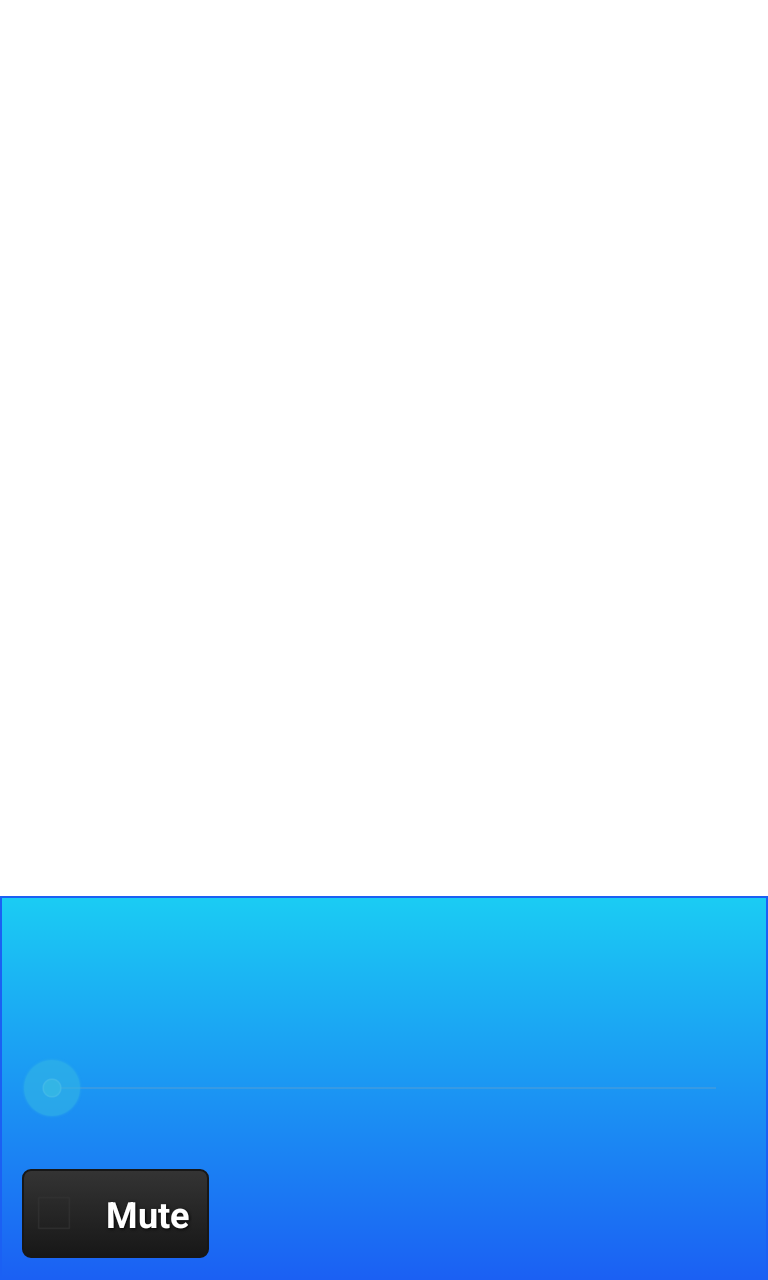
Repository: yuanpeixin/Project
Layout: GameForum/res/layout/setting.xml
An editor plug-in stored every save of this project. The layout is shown before and after the next save, followed by the edit.
It is drawn on a 768 x 1280 px phone screen (xhdpi) without system bars, with theme AppTheme; the app's code is not run.

Above is the layout before, as saved 2015-10-07 06:51:15.

### GameForum/res/layout/setting.xml
<?xml version="1.0" encoding="utf-8"?>
<LinearLayout xmlns:android="http://schemas.android.com/apk/res/android"
    android:layout_width="match_parent"
    android:layout_height="match_parent"
    android:orientation="vertical"
    android:weightSum="10" >

    <LinearLayout
        android:layout_width="match_parent"
        android:layout_height="match_parent"
        android:layout_weight="3" >
    </LinearLayout>

    <RelativeLayout
        android:layout_width="match_parent"
        android:layout_height="match_parent"
        android:layout_weight="7"
        android:background="@drawable/blue_gradient" >

        <SeekBar
            android:id="@+id/seekBar1"
            android:layout_width="match_parent"
            android:layout_height="wrap_content"
            android:layout_alignParentLeft="true"
            android:layout_centerVertical="true" />

        <CheckBox
            android:id="@+id/checkBox1"
            android:layout_width="wrap_content"
            android:layout_height="wrap_content"
            android:layout_alignParentBottom="true"
            android:layout_alignParentLeft="true"
            android:background="@drawable/black_button"
            style="@style/WhiteText"
            android:text="Mute" />

    </RelativeLayout>

</LinearLayout>

### GameForum/res/values/styles.xml
<resources>

    <!--
        Base application theme, dependent on API level. This theme is replaced
        by AppBaseTheme from res/values-vXX/styles.xml on newer devices.

    -->
    <style name="AppBaseTheme" parent="android:Theme.Light">
        <!--
            Theme customizations available in newer API levels can go in
            res/values-vXX/styles.xml, while customizations related to
            backward-compatibility can go here.

        -->
    </style>

    <!-- Application theme. -->
    <style name="AppTheme" parent="AppBaseTheme">
        <!-- All customizations that are NOT specific to a particular API-level can go here. -->
    </style>

    <style name="WhiteText">
        <item name="android:layout_width">fill_parent</item>
        <item name="android:layout_height">wrap_content</item>
        <item name="android:textColor">#ffffff</item>
        <item name="android:gravity">center</item>
        <item name="android:layout_margin">1dp</item>
        <item name="android:textSize">18sp</item>
        <item name="android:textStyle">bold</item>
        <item name="android:shadowColor">#000000</item>
        <item name="android:shadowDx">1</item>
        <item name="android:shadowDy">1</item>
        <item name="android:shadowRadius">2</item>
    </style>

    <style name="BlackText">
        <item name="android:layout_width">fill_parent</item>
        <item name="android:layout_height">wrap_content</item>
        <item name="android:textColor">#000000</item>
        <item name="android:gravity">center</item>
        <item name="android:layout_margin">5dp</item>
        <item name="android:textSize">25sp</item>
        <item name="android:textStyle">bold</item>
        <item name="android:shadowColor">#ffffff</item>
        <item name="android:shadowDx">1</item>
        <item name="android:shadowDy">1</item>
        <item name="android:shadowRadius">2</item>
    </style>



</resources>

### GameForum/res/drawable-hdpi/blue_gradient.xml
<?xml version="1.0" encoding="utf-8"?>
<selector xmlns:android="http://schemas.android.com/apk/res/android">

    <item android:state_pressed="true"><shape>
            <solid android:color="#1bccf3" />

            <stroke android:width="1dp" android:color="#1b60f3" />

            <padding android:bottom="10dp" android:left="10dp" android:right="10dp" android:top="10dp" />
        </shape></item>
    <item><shape>
            <gradient android:angle="270" android:endColor="#1b60f3" android:startColor="#1bccf3" />

            <stroke android:width="1dp" android:color="#1b60f3" />

            <padding android:bottom="10dp" android:left="10dp" android:right="10dp" android:top="10dp" />
        </shape></item>

</selector>

### GameForum/res/drawable-hdpi/black_button.xml
<?xml version="1.0" encoding="utf-8"?>
<selector xmlns:android="http://schemas.android.com/apk/res/android">

    <item android:state_pressed="true"><shape>
            <solid android:color="#343434" />

            <stroke android:width="1dp" android:color="#171717" />

            <corners android:radius="3dp" />

            <padding android:bottom="10dp" android:left="10dp" android:right="10dp" android:top="10dp" />
        </shape></item>
    <item><shape>
            <gradient android:angle="270" android:endColor="#171717" android:startColor="#343434" />

            <stroke android:width="1dp" android:color="#171717" />

            <corners android:radius="4dp" />

            <padding android:bottom="10dp" android:left="10dp" android:right="10dp" android:top="10dp" />
        </shape></item>

</selector>

Loaded but not shown: GameForum/res/values-v11/styles.xml (common file); GameForum/res/values-v14/styles.xml (common file)

After the next save:
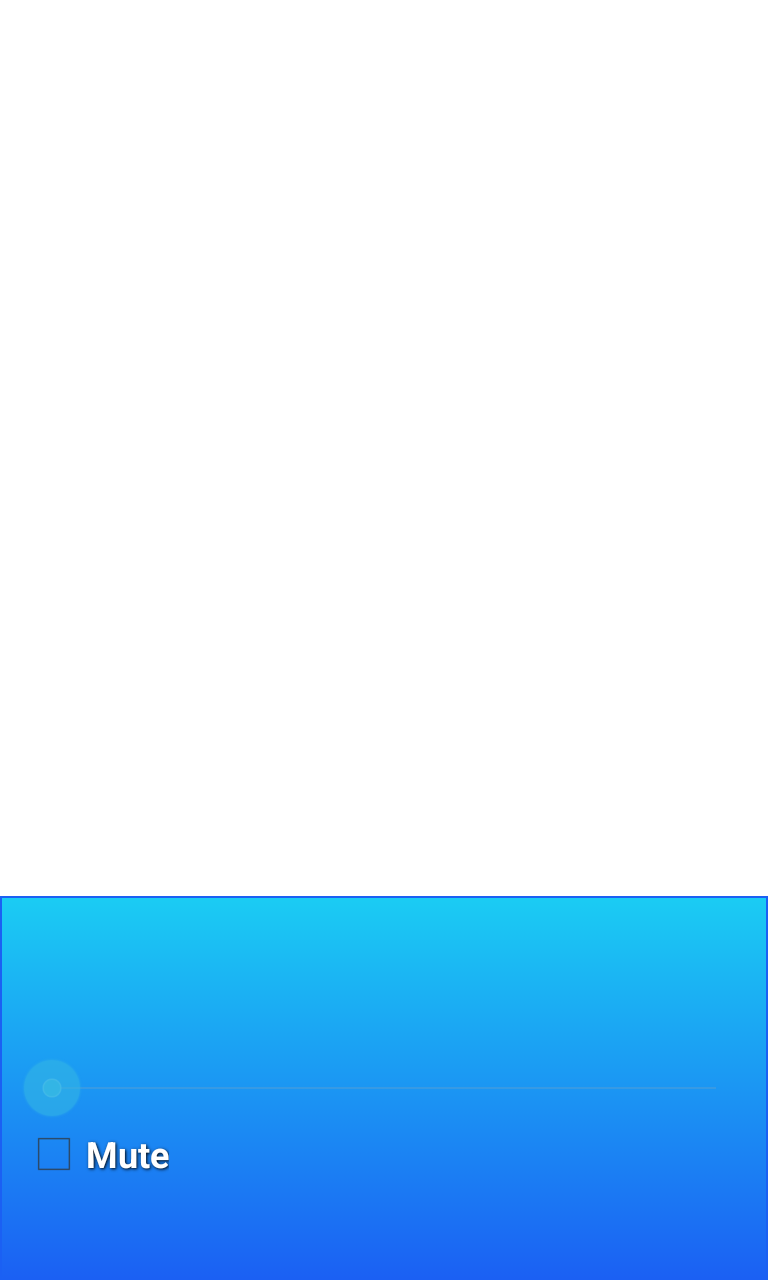
Saved 91 s later.
--- a/GameForum/res/layout/setting.xml
+++ b/GameForum/res/layout/setting.xml
@@ -21,17 +21,16 @@
             android:id="@+id/seekBar1"
             android:layout_width="match_parent"
             android:layout_height="wrap_content"
-            android:layout_alignParentLeft="true"
+            android:layout_centerHorizontal="true"
             android:layout_centerVertical="true" />
 
         <CheckBox
             android:id="@+id/checkBox1"
+            style="@style/WhiteText"
             android:layout_width="wrap_content"
             android:layout_height="wrap_content"
-            android:layout_alignParentBottom="true"
-            android:layout_alignParentLeft="true"
-            android:background="@drawable/black_button"
-            style="@style/WhiteText"
+            android:layout_alignLeft="@+id/seekBar1"
+            android:layout_below="@+id/seekBar1"
             android:text="Mute" />
 
     </RelativeLayout>
